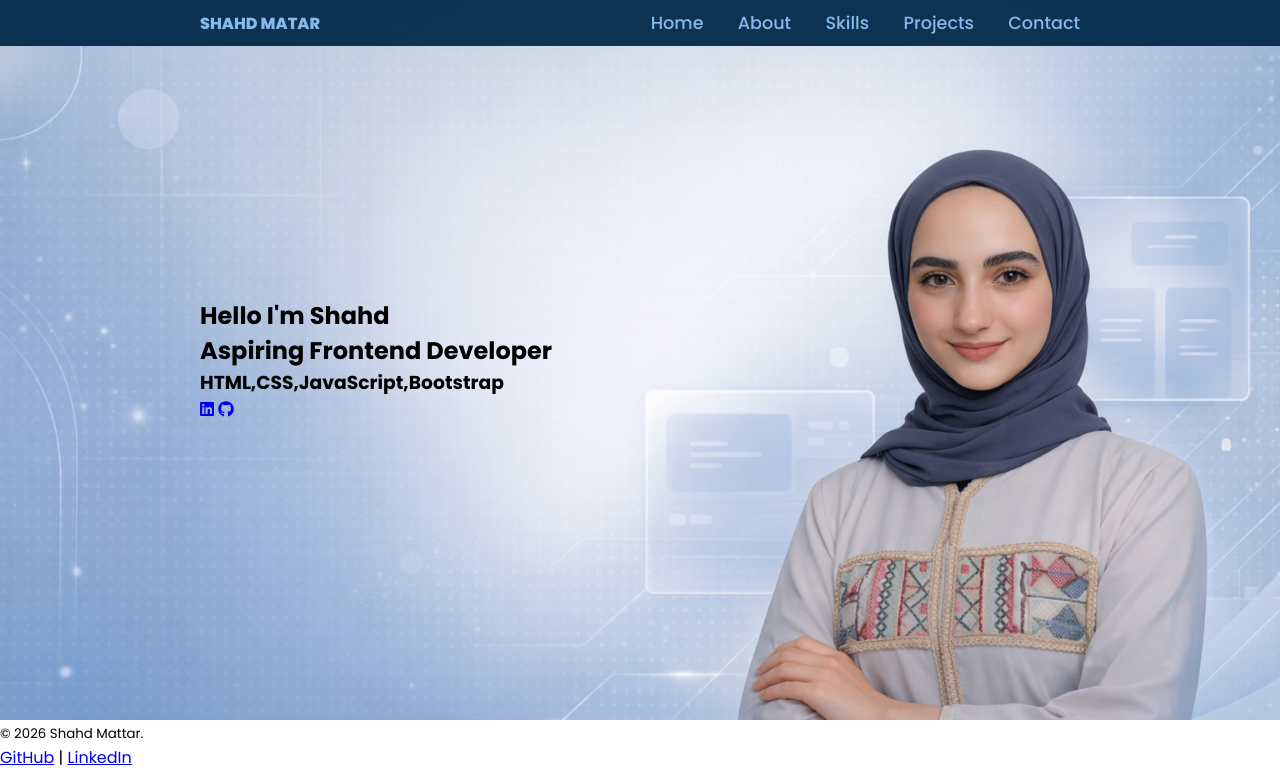
Repository: shahdmattar/personal-landing-page
Page: index.html
These files come from the project's save history. The page is drawn as it stood at one moment and after the next save; the edit follows.
The browser window is 1280 px wide. The pictures show the whole page.
Backgrounds fixed to the window are drawn as part of the page.

Above is the page before, as saved 2026-04-15 02:30:01.

After the next save:
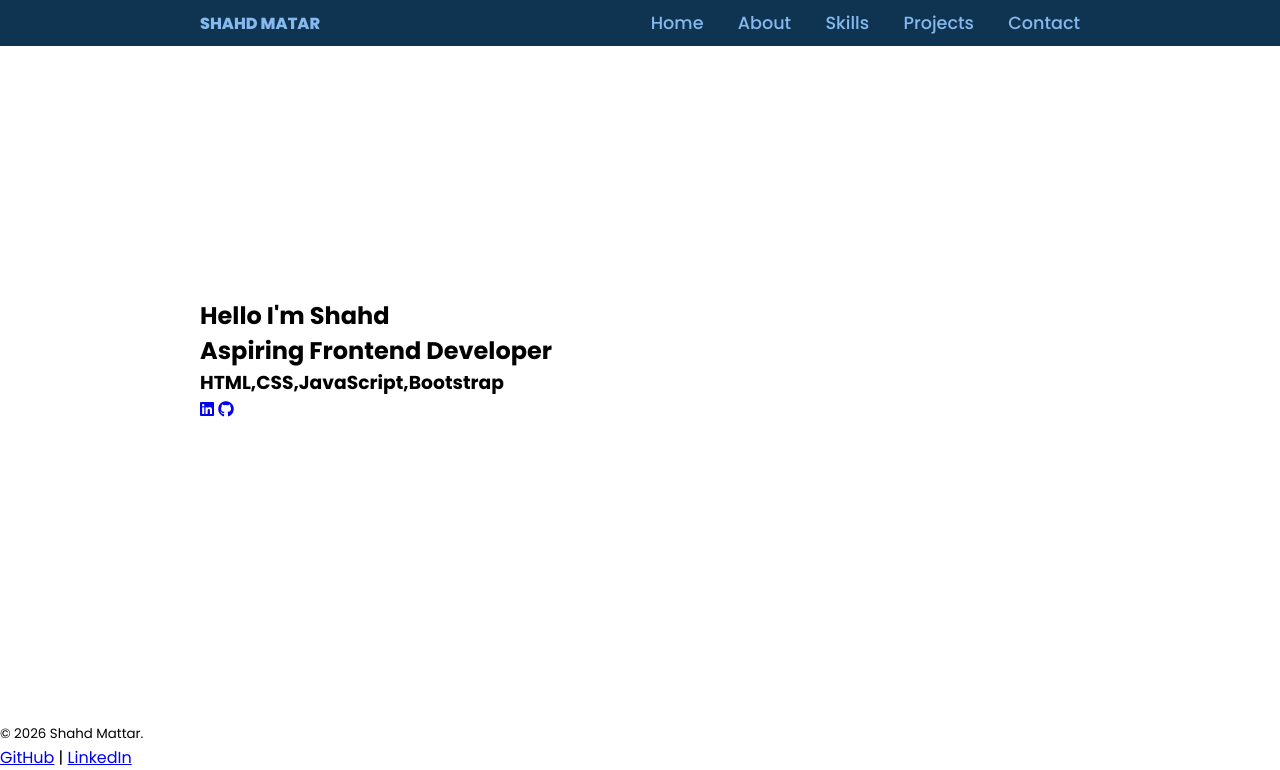
Not found: images/back.png
Saved 9 min 14 s later.
--- a/style.css
+++ b/style.css
@@ -49,7 +49,7 @@ section{
   min-height:100vh;
   display:flex;
   align-items:center;
-  background:url(images/background.png);
+  background:url(images/back.png);
   background-repeat:no-repeat;
   background-size:cover;
   /* background-position:center; */
